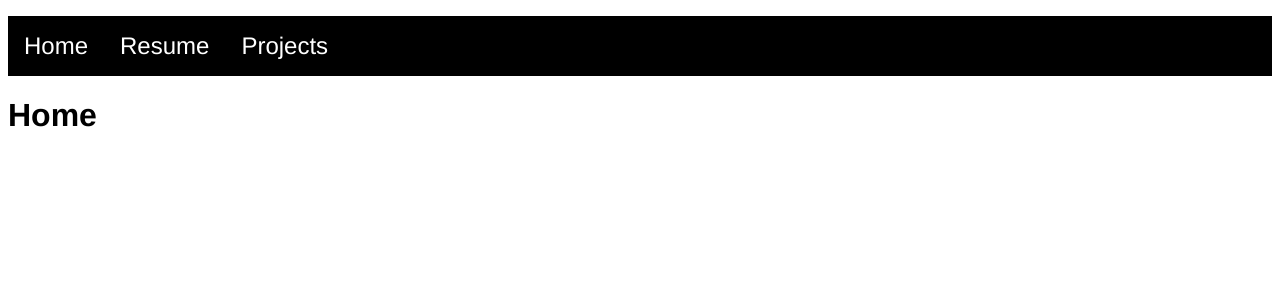
Repository: TangDylan/TangDylan.github.io
Page: index.html
The author's editor kept a record of every edit. The page is drawn from the files as they stood at one moment, then again after the next edit.
The browser window is 1280 px wide. The pictures show the whole page.

Above is the page before.

### index.html
<!DOCTYPE html>
<html>
    <head>

        <title>Home</title>

        <style>

          * {
            font-family:helvetica;
          }

          .navbar {
            list-style:none;
            background-color:black;
            overflow:hidden;
            padding:0;

          }

          .navbar a, .dropdown div {
            text-decoration:none;
            color:white;
            font-size:24px;
            padding: 16px;
            display:inline-block
          }

          .navbar li {
            float:left;
          }

          .navbar li:hover {
          background-color:lightblue;
          }

          .dropdown-content {
            list-style:none;
            padding:0;
            display:none;
            position:absolute;
            z-index:1;
            background-color:black;
          }

          .dropdown-content li {
            float:none;
          }

          .dropdown:hover .dropdown-content {
           display:block;
          }

          .active {
           background-color:orange;
          }

        </style>
    </head>

    <body>

      <ul class="navbar">
        <li><a href="index.html">Home</a></li>
        <li><a href="resume.html">Resume</a></li>
        <li class="dropdown">
          <div>Projects</div>
          <ul class="dropdown-content">
            <li><a href="#">Project 1</a></li>
            <li><a href="#">Project 2</a></li>
            <li><a href="#">Project 3</a></li>

          </ul>

        </li>

      </ul>

        <h1>
          Home
        </h1>


    </body>

</html>

After the next edit:
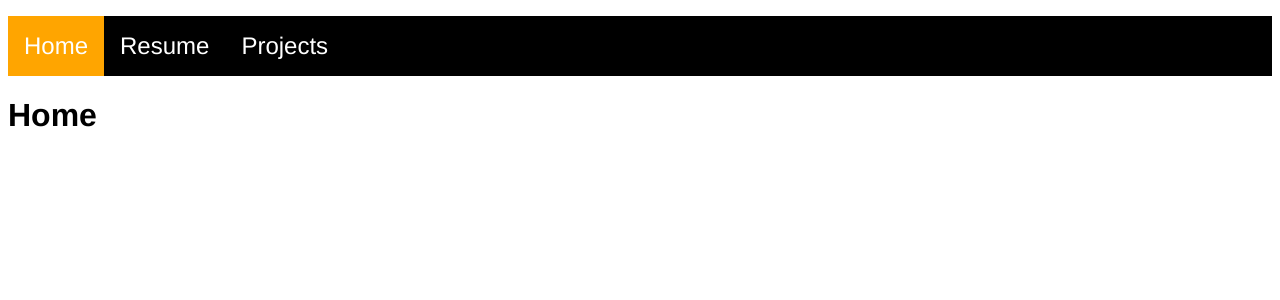
The edit:
--- a/index.html
+++ b/index.html
@@ -61,7 +61,7 @@
     <body>
 
       <ul class="navbar">
-        <li><a href="index.html">Home</a></li>
+        <li class="active"><a href="index.html">Home</a></li>
         <li><a href="resume.html">Resume</a></li>
         <li class="dropdown">
           <div>Projects</div>
